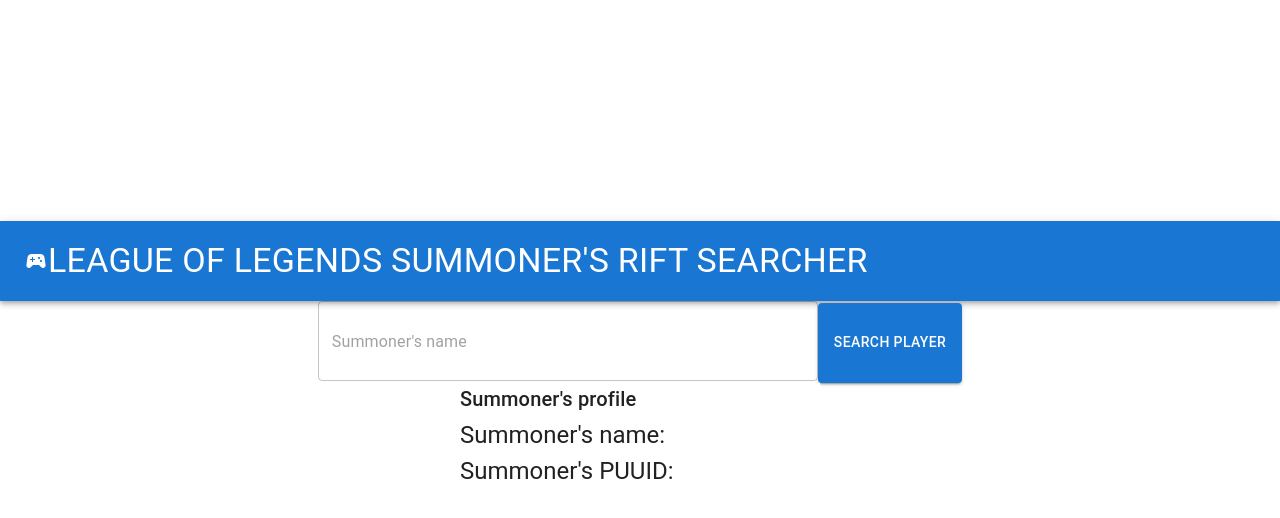
Repository: Mikerr21/League-Of-Legends-API
Page: /
These files come from the project's save history. The page is drawn as it stood at one moment and after a run of saves; the edit follows.
The browser window is 1280 px wide. The pictures show the whole page.
The page's requests for data from a server got no answer. The project was rebuilt for these pictures with package versions that can differ from the ones it lists, and the page was loaded fresh each time. No one was signed in, and anything a server would have sent is missing.

Above is the page before, as saved 2022-09-24 22:29:24.

After the next 3 saves:
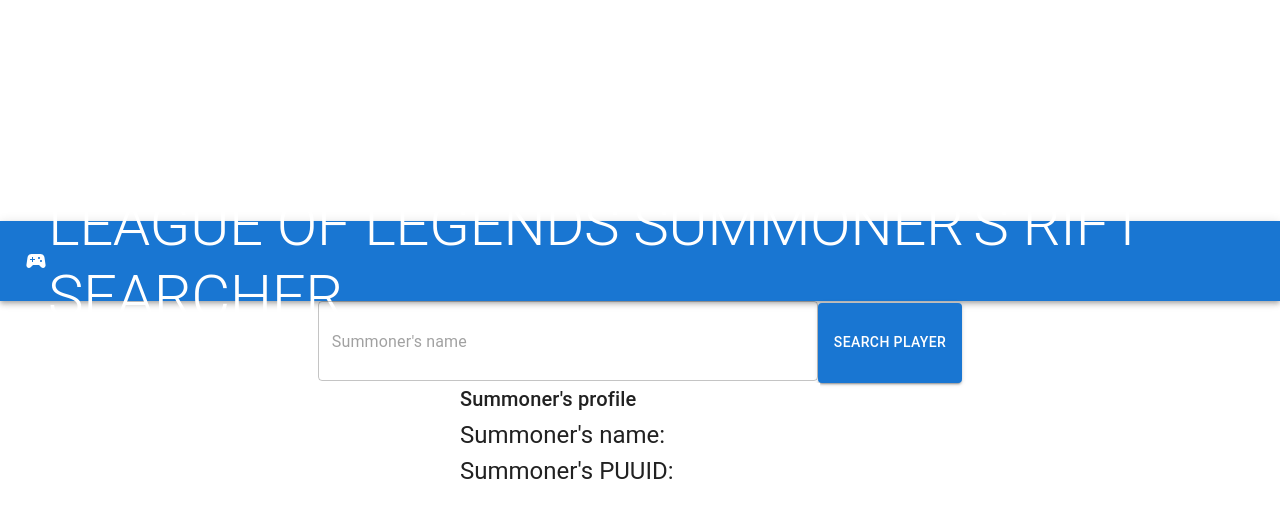
The 3 saves are shown as one change because they came seconds apart.
The last was saved 9 s later.
--- a/src/App.js
+++ b/src/App.js
@@ -66,7 +66,7 @@
 <AppBar position="static">
         <Toolbar variant="dense" style={{ height: "80px" }}>
           <SportsEsportsIcon></SportsEsportsIcon>
-          <Typography variant="h4" component="h2">
+          <Typography variant="h2" component="h2">
             LEAGUE OF LEGENDS SUMMONER'S RIFT SEARCHER
           </Typography>
         </Toolbar>
